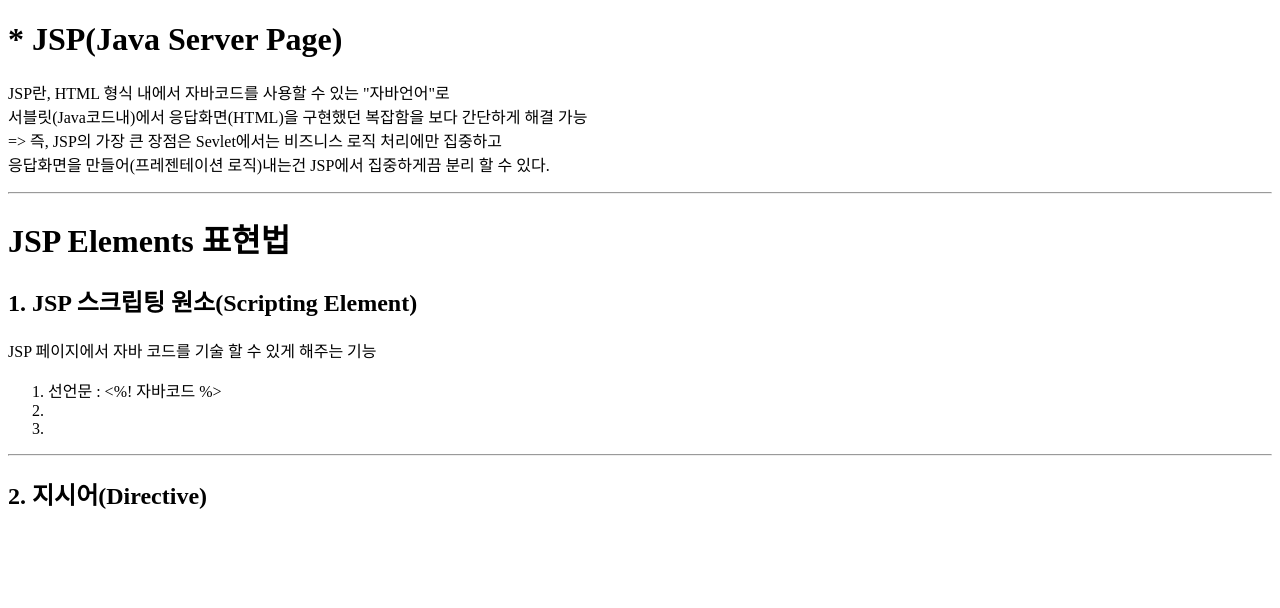
Repository: pje00427/webserver_workspace1
Page: 2_JSP/WebContent/index.html
These files come from the project's save history. The page is drawn as it stood at one moment and after the next save; the edit follows.
The browser window is 1280 px wide. The pictures show the whole page.

Above is the page before, as saved 2020-08-31 01:13:44.

After the next save:
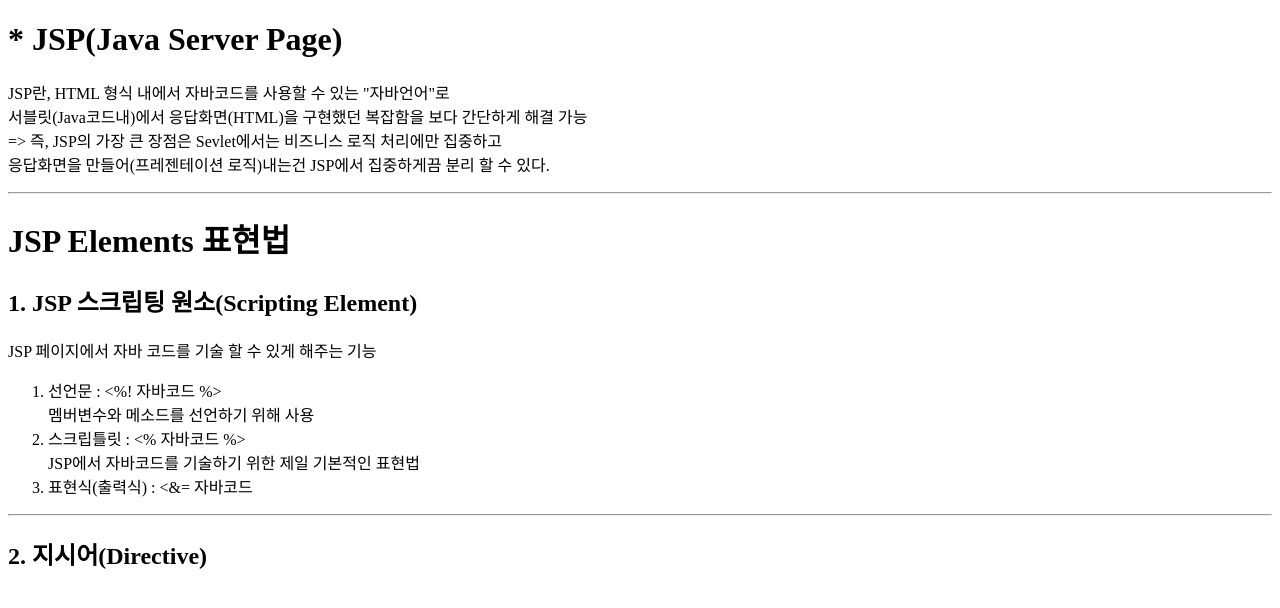
Saved 3 min 37 s later.
--- a/2_JSP/WebContent/index.html
+++ b/2_JSP/WebContent/index.html
@@ -22,13 +22,16 @@
 	<p>JSP 페이지에서 자바 코드를 기술 할 수 있게 해주는 기능</p>
 	<ol>
 		<li>
-			선언문 : &lt;%! 자바코드 	%&gt;
+			선언문 : &lt;%! 자바코드 	%&gt; <br>
+			멤버변수와 메소드를 선언하기 위해 사용 <br>
+		</li>
+
+		<li>
+			스크립틀릿 : &lt;% 	자바코드 	%&gt; <br>
+			JSP에서 자바코드를 기술하기 위한 제일 기본적인 표현법
 		</li>
 		<li>
-
-		</li>
-		<li>
-
+			표현식(출력식) : &lt;&=  자바코드
 		</li>
 
 	</ol>
